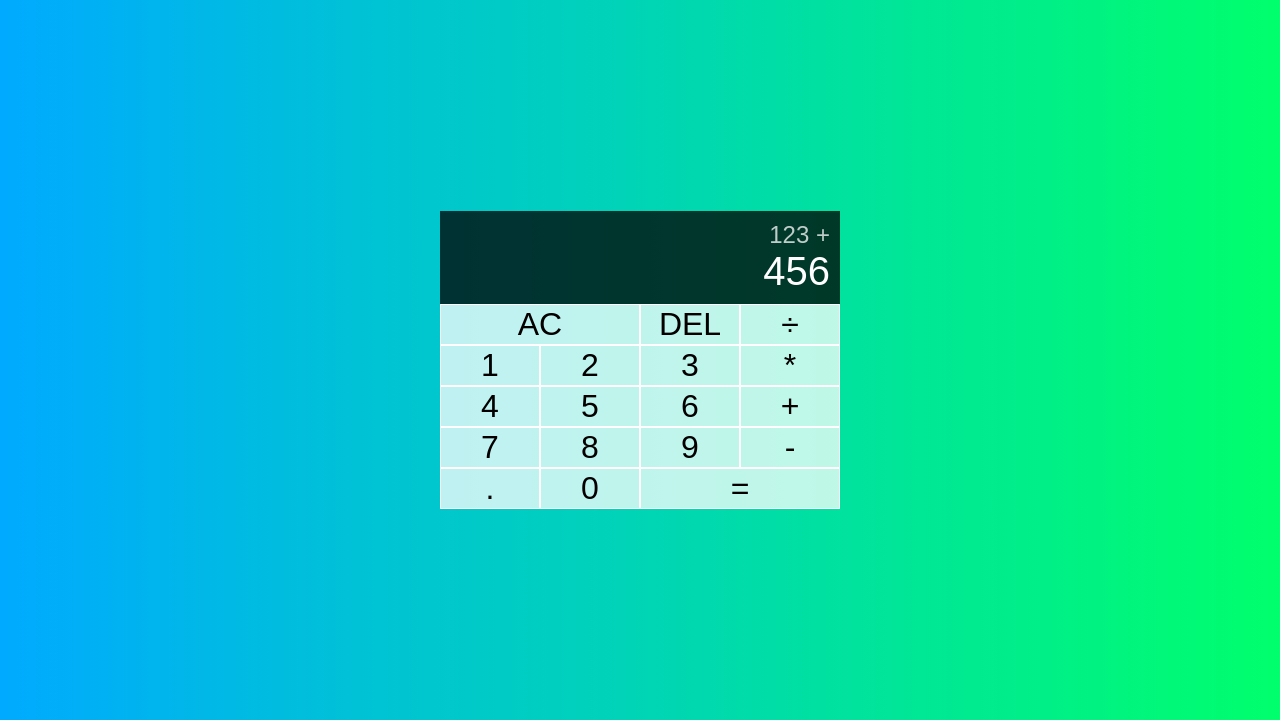
Repository: weazzyefff/Calculator-YT-Tutorial-
Page: index.html
The author's editor kept a copy of each file at every save. The page is drawn from the files as they stood at one save, then again after the next save.
The browser window is 1280 px wide. The pictures show the whole page.

Above is the page before, as saved 2022-12-23 12:20:16.

### index.html
<!DOCTYPE html>
<html>
<head>
	<meta charset="utf-8">
	<meta name="viewport" content="width=device-width, initial-scale=1">
	<title>Calculator App</title>
    <link rel="stylesheet" href="styles.css">
    <script src="script.js" defer></script>
</head>
<body>
    <div class="calculator-grid">
    <div class="output">
        <div class="previous-operand">123 +</div>
        <div class="current-operand">456</div>
    </div>
    <button class="span-two">AC</button>
    <button>DEL</button>
    <button>÷</button>
    <button>1</button>
    <button>2</button>
    <button>3</button>
    <button>*</button>
    <button>4</button>
    <button>5</button>
    <button>6</button>
    <button>+</button>
    <button>7</button>
    <button>8</button>
    <button>9</button>
    <button>-</button>
    <button>.</button>
    <button>0</button>
    <button class="span-two">=</button>
    </div>

</body>
</html>

### styles.css
*, *::before, *::after {
    box-sizing: border-box;
    font-family: Gotham Rounded, sans-serif;
    font-weight: normal;
}

body {
    padding: 0;
    margin: 0;
    background: linear-gradient(to right, #00AAFF, #00FF6C);
}

.calculator-grid {
    display: grid;
    justify-content: center;
    align-content: center;
    min-height: 100vh;
    grid-template-columns: repeat(4,100px);
    grid-template-rows: minmax(120px, auto) repeat((5, 100px));
}

.calculator-grid > button {
    cursor: pointer;
    font-size: 2rem;
    border: 1px solid white;
    outline: none;
    background-color: rgba(255,255,255, .75);
}

.calculator-grid > button:hover {
    background-color:rgba(255,255,255, .9);
}

.span-two {
    grid-column: span 2;
}

.output  {
    grid-column: 1 / -1;
    background-color: rgba(0,0,0, .75);
    display: flex;
    align-items: flex-end;
    justify-content: space-around;
    flex-direction: column;
    padding: 10px;
    word-wrap: break-word;
    word-break: break-all;
}

.output .previous-operand {
    color: rgba(255,255,255, .75);
    font-size: 1.5rem;
}
.output .current-operand {
    color: white;
    font-size: 2.5rem;
}

Loaded but not shown: script.js (no stored copy; drawn as an empty file)

After the next save:
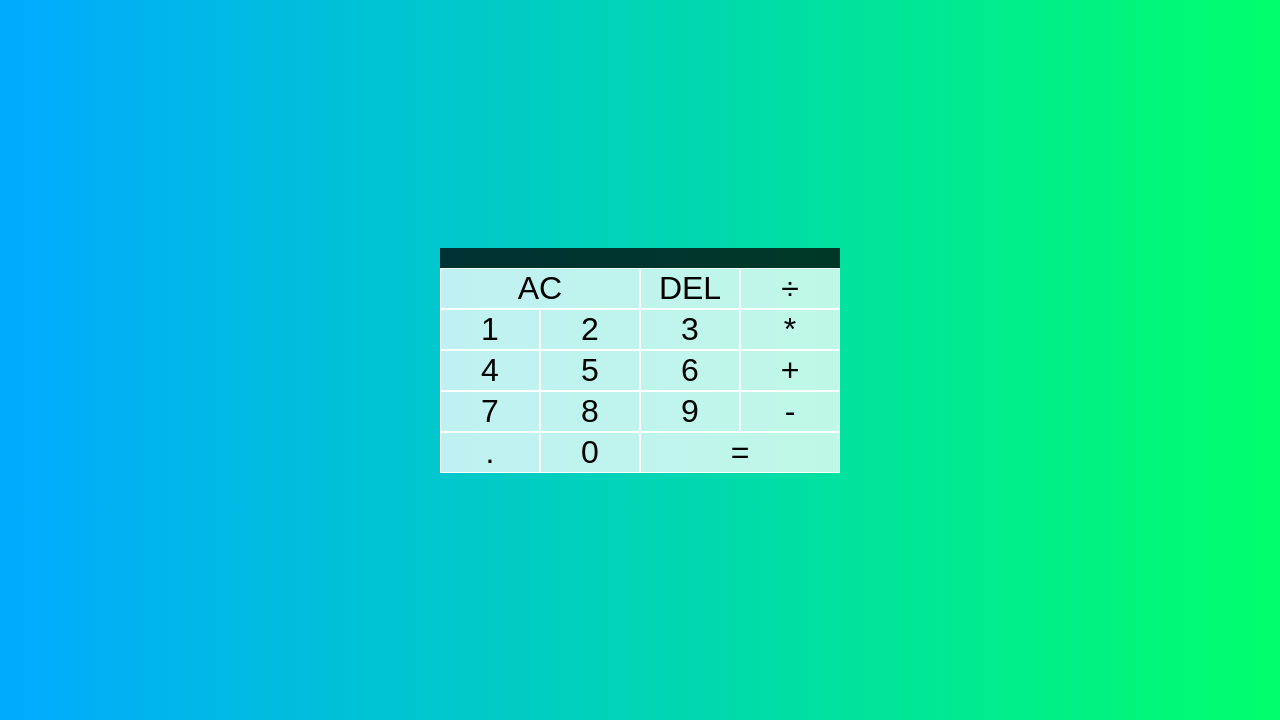
Saved 93 min 40 s later.
--- a/index.html
+++ b/index.html
@@ -10,8 +10,8 @@
 <body>
     <div class="calculator-grid">
     <div class="output">
-        <div class="previous-operand">123 +</div>
-        <div class="current-operand">456</div>
+        <div class="previous-operand"></div>
+        <div class="current-operand"></div>
     </div>
     <button class="span-two">AC</button>
     <button>DEL</button>
